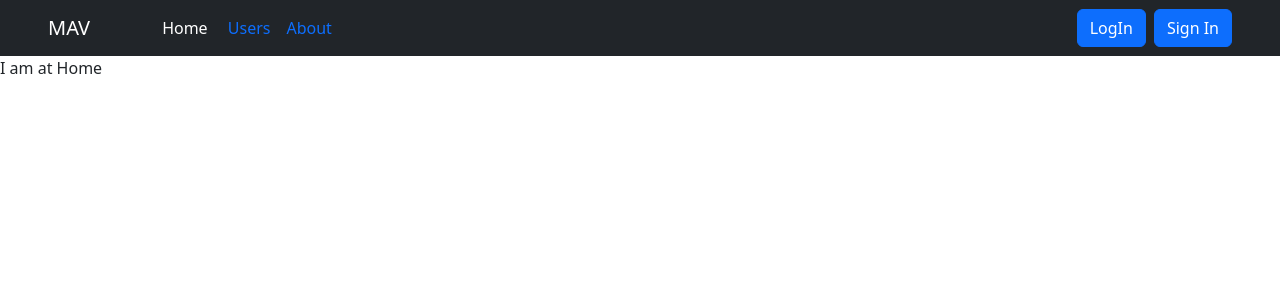
Repository: Dekabrist94/Bootstrap-First-Page
Page: /
These files come from the project's save history. The page is drawn as it stood at one moment and after the next save; the edit follows.
The browser window is 1280 px wide. The pictures show the whole page.
The project was rebuilt for these pictures with package versions that can differ from the ones it lists, and the page was loaded fresh each time. Also part of the build but not shown: src/components/Users.js, src/components/About.js.

Above is the page before, as saved 2023-04-14 12:12:36.

After the next save:
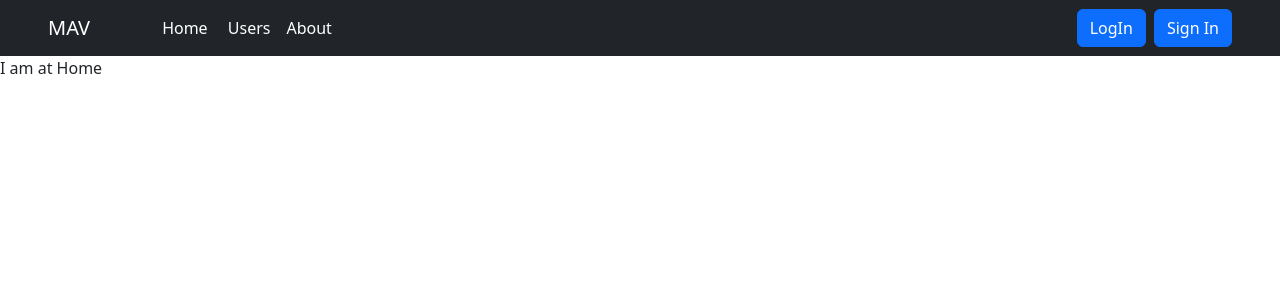
Saved 6 s later.
--- a/src/components/Navibar.js
+++ b/src/components/Navibar.js
@@ -15,11 +15,11 @@ export const Navibar = () => {
               <Link className="ms-3 text-decoration-none text-white" to="/">
                 Home
               </Link>
-              <Link className="ms-3 text-decoration-none" to="/users">
+              <Link className="ms-3 text-decoration-none text-white" to="/users">
                 {' '}
                 Users
               </Link>
-              <Link className="ms-3  text-decoration-none" to="/about">
+              <Link className="ms-3  text-decoration-none text-white" to="/about">
                 About
               </Link>{' '}
             </Nav.Link>
